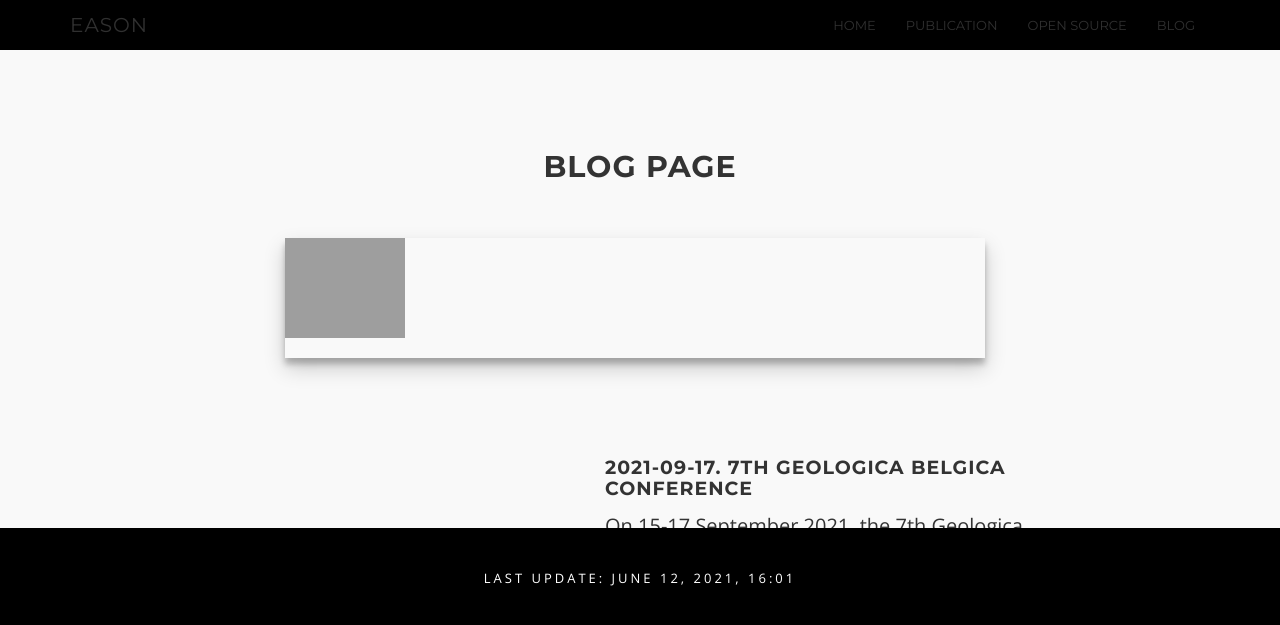
Repository: eazzzon/eazzzon.github.io
Page: blog.html
These files come from the project's save history. The page is drawn as it stood at one moment and after a run of saves; the edit follows.
The browser window is 1280 px wide. The pictures show the whole page.
Pictures or frames that could not be fetched are drawn as grey boxes.

Above is the page before, as saved 2021-09-18 13:17:02.

### blog.html
<!DOCTYPE html>
<html lang="en">
<head>
<meta charset="utf-8">
<meta http-equiv="X-UA-Compatible" content="IE=edge">
<meta name="viewport" content="width=device-width, initial-scale=1">
<meta name="description" content="">
<meta name="author" content="">
<title>yishen.zhang</title>
<!-- Bootstrap Core CSS -->
<link href="css/bootstrap.min.css" rel="stylesheet">
<!-- Custom CSS -->
<link href="css/theme.css" rel="stylesheet">
<!-- Custom Fonts -->
<link href="font-awesome/css/font-awesome.min.css" rel="stylesheet" type="text/css">
<link href="http://fonts.googleapis.com/css?family=Open+Sans:300,400,700,400italic,700italic" rel="stylesheet" type="text/css">
<link href="http://fonts.googleapis.com/css?family=Montserrat:400,700" rel="stylesheet" type="text/css">
<!-- HTML5 Shim and Respond.js IE8 support of HTML5 elements and media queries -->
<!-- WARNING: Respond.js doesn't work if you view the page via file:// -->
<!--[if lt IE 9]>
        <script src="https://oss.maxcdn.com/libs/html5shiv/3.7.0/html5shiv.js"></script>
        <script src="https://oss.maxcdn.com/libs/respond.js/1.4.2/respond.min.js"></script>
    <![endif]-->
</head>
<body id="page-top" data-spy="scroll" data-target=".navbar-fixed-top">
<!-- Navigation -->
<nav class="navbar navbar-custom navbar-fixed-top" role="navigation">
<div class="container">
	<div class="navbar-header">
		<button type="button" class="navbar-toggle" data-toggle="collapse" data-target=".navbar-main-collapse">
		<i class="fa fa-bars"></i>
		</button>
		<a class="navbar-brand page-scroll" href="index.html" style="color: #303030;">
		EASON </a>
	</div>
	<!-- Collect the nav links, forms, and other content for toggling -->
	<div class="collapse navbar-collapse navbar-right navbar-main-collapse">
		<ul class="nav navbar-nav" style="color: #303030;">
			<li>
			<a href="index.html">Home</a>
			</li>
			<li>
			<a href="publication.html">publication</a>
			</li>
			<li>
			<a href="opensource.html">open source</a>
			</li>
			<li>
			<a href="blog.html">blog</a>
			</li>
		</ul>
	</div>
	<!-- /.navbar-collapse -->
</div>
<!-- /.container -->
</nav>

<!-- Page Sample Section -->
<section id="page-sample">


<div class="container content-section text-left">
	<div class='container'>
		<div class="row">
			<h2 class="text-center">BLOG PAGE</h2>
			<div class="col-lg-8 col-lg-offset-2">
				<div class="post-box">
					<img class="box-img" src="https://geologicabelgica2021.africamuseum.be/sites/default/files/media/images/Logo%20Geologica%20Belgica.png" alt="lower crust foundering" />
					<div class="box-text">
						<a  href="post20210917.html">
							<h4 class="box-text">2021-09-17. 7th Geologica Belgica Conference </h4>
						</a>
						<p class="p">On 15-17 September 2021, the 7th Geologica Belgica Conference was held in the AfricaMuseum in Tervuren, Belgium... <a href="post20210917.html" style="color:rgb(141, 53, 53);">Read More</a></p>
					</div>
				</div>
				</div>

			</div>
		</div>
	</div>
</div>
</section>




<!-- Footer -->
<footer>
<div class="container text-center">
	<p class="credits">
		last update: June 12, 2021, 16:01
	</p>
</div>
</footer>
<!-- jQuery -->
<script src="js/jquery.js"></script>
<!-- Bootstrap Core JavaScript -->
<script src="js/bootstrap.min.js"></script>
<!-- Plugin JavaScript -->
<script src="js/jquery.easing.min.js"></script>
<!-- Custom Theme JavaScript -->
<script src="js/theme.js"></script>
</body>
</html>

### css/theme.css
/* Aries v1.0 - by WowThemes.net */
body {
	width:100%;
	height:100%;
	font-family:Open Sans,"Helvetica Neue",Helvetica,Arial,sans-serif;
	color:#fff;
	background-color:#000;
	 font-weight:300;
}
html {
	width:100%;
	height:100%;
}
h1,h2,h3,h4,h5,h6 {
	margin:0 0 35px;
	text-transform:uppercase;
	font-family:Montserrat,"Helvetica Neue",Helvetica,Arial,sans-serif;
	font-weight:700;
	letter-spacing:1px;
}
p {
	margin:0 0 25px;
	font-size:18px;
	line-height:1.5;
}
@media(min-width:768px) {
	p {
		margin:0 0 35px;
		font-size:20px;
		line-height:1.6;
	}
}
a {
	color:inherit;
	-webkit-transition:all .2s ease-in-out;
	-moz-transition:all .2s ease-in-out;
	transition:all .2s ease-in-out;
}
a:hover,a:focus {
	text-decoration:none;
	color:inherit;
}
.light {
	font-weight:400;
}
.navbar-custom {
	margin-bottom:0;
	border-bottom:1px solid rgba(255,255,255,.3);
	text-transform:uppercase;
	font-family:Montserrat,"Helvetica Neue",Helvetica,Arial,sans-serif;
	background-color:#000;
}
.navbar-custom .navbar-brand {
	font-size:20px;
	text-transform:none;
	letter-spacing:1px;
}
.navbar-custom .navbar-brand:focus {
	outline:0;
}
.navbar-custom .navbar-brand .navbar-toggle {
	padding:4px 6px;
	font-size:16px;
	color:#fff;
}
.navbar-custom .navbar-brand .navbar-toggle:focus,.navbar-custom .navbar-brand .navbar-toggle:active {
	outline:0;
}
.navbar-custom a {
}
.navbar-custom .nav li a {
	-webkit-transition:background .3s ease-in-out;
	-moz-transition:background .3s ease-in-out;
	transition:background .3s ease-in-out;
}
.navbar-custom .nav li a:hover {
	outline:0;
	color:#1ba39c;
	background-color:transparent;
}
.navbar-custom .nav li a:focus,.navbar-custom .nav li a:active {
	outline:0;
	background-color:transparent;
}
.navbar-custom .nav li.active {
	outline:0;
}
.navbar-custom .nav li.active a {
	color:#1ba39c;
}
.navbar-custom .nav li.active a:hover {
	color:#1ba39c;
}
@media(min-width:768px) {
	.navbar-custom {
		padding:20px 0;
		border-bottom:0;
		font-size:13px;
		background:0 0;
		-webkit-transition:background .5s ease-in-out,padding .5s ease-in-out;
		-moz-transition:background .5s ease-in-out,padding .5s ease-in-out;
		transition:background .5s ease-in-out,padding .5s ease-in-out;
	}
		 .navbar-custom.top-nav-collapse {
		 padding:0;
		border-bottom:1px solid rgba(255,255,255,.3);
		color:#333;
			background:#fff;
	}
	.navbar-custom.top-nav-collapse a {
		color:#333;
		display:inline-block;
	}
}
.intro {
	display:table;
	width:100%;
	height:auto;
	padding:100px 0 100px 0;
	text-align:center;
	color:#fff;
	background-image:radial-gradient(circle at 50% 50%,rgba(95, 94, 94, 0.46),rgba(56, 56, 56, 0.88)), url('labelled.png');
	-webkit-background-size:cover;
	-moz-background-size:cover;
	background-size:cover;
	-o-background-size:cover;
}
.intro .intro-body {
	display:table-cell;
	vertical-align:middle;
}
.intro .intro-body .brand-heading {
	font-size:40px;
}
.intro .intro-body .intro-text {
	font-size:18px;
}
@media(min-width:768px) {
	.intro {
		height:100%;
		padding:0;
	}
	.intro .intro-body .brand-heading {
		font-size:60px;
		margin-top:90px;
		margin-bottom:20px;
		border-top:2px solid #fff;
		border-bottom:2px solid #fff;
		display:inline-block;
		padding:10px 0;
	}
	.intro .intro-body .intro-text {
		font-size:20px;
			font-weight:300;
			letter-spacing:3px;
	}
}
.btn-circle {
	width:50px;
	height:50px;
	margin-top:15px;
	line-height:40px;
	text-align:center;
	border:2px solid #fff;
	border-radius:100%!important;
	font-size:20px;
	color:#fff;
	background:0 0;
	-webkit-transition:background .3s ease-in-out;
	-moz-transition:background .3s ease-in-out;
	transition:background .3s ease-in-out;
}
.btn-circle:hover,.btn-circle:focus {
	outline:0;
	color:#fff;
	background:rgba(255,255,255,.1);
}
.btn-circle i.animated {
	-webkit-transition-property:-webkit-transform;
	-webkit-transition-duration:1s;
	-moz-transition-property:-moz-transform;
	-moz-transition-duration:1s;
}
.btn-circle:hover i.animated {
	-webkit-animation-name:pulse;
	-moz-animation-name:pulse;
	-webkit-animation-duration:1.5s;
	-moz-animation-duration:1.5s;
	-webkit-animation-iteration-count:infinite;
	-moz-animation-iteration-count:infinite;
	-webkit-animation-timing-function:linear;
	-moz-animation-timing-function:linear;
}
@-webkit-keyframes pulse {
	0% {
		-webkit-transform:scale(1);
		transform:scale(1);
	}
	50% {
		-webkit-transform:scale(1.2);
		transform:scale(1.2);
	}
	100% {
		-webkit-transform:scale(1);
		transform:scale(1);
	}
}
@-moz-keyframes pulse {
	0% {
		-moz-transform:scale(1);
		transform:scale(1);
	}
	50% {
		-moz-transform:scale(1.2);
		transform:scale(1.2);
	}
	100% {
		-moz-transform:scale(1);
		transform:scale(1);
	}
}
.content-section {
	padding:40px 0;
	clear:both;
}
@media(min-width:767px) {
	.content-section {
		padding:150px 0;
			 clear:both;
	}
}
.btn {
	border-radius:0;
	text-transform:uppercase;
	font-family:Montserrat,"Helvetica Neue",Helvetica,Arial,sans-serif;
	font-weight:400;
	-webkit-transition:all .3s ease-in-out;
	-moz-transition:all .3s ease-in-out;
	transition:all .3s ease-in-out;
}
.btn-default {
	border:1px solid #42dca3;
	color:#42dca3;
	background-color:transparent;
}
.btn-default:hover,.btn-default:focus {
	border:1px solid #42dca3;
	outline:0;
	color:#000;
	background-color:#42dca3;
}
ul.banner-social-buttons {
	margin-top:0;
}
@media(max-width:1199px) {
	ul.banner-social-buttons {
		margin-top:15px;
	}
}
@media(max-width:767px) {
	ul.banner-social-buttons li {
		display:block;
		margin-bottom:20px;
		padding:0;
	}
	ul.banner-social-buttons li:last-child {
		margin-bottom:0;
	}
}
footer {
	padding:40px 0;
	z-index:1;
	position:relative;
	clear:both;
}
footer p {
	margin:0;
	font-size:15px;
}
footer p.credits {
	text-transform:uppercase;
	font-size:13px;
	letter-spacing:3px;
}
::-moz-selection {
	text-shadow:none;
	background:#fcfcfc;
	background:rgba(255,255,255,.2);
}
::selection {
	text-shadow:none;
	background:#fcfcfc;
	background:rgba(255,255,255,.2);
}
img::selection {
	background:0 0;
}
img::-moz-selection {
	background:0 0;
}
body {
	webkit-tap-highlight-color:rgba(255,255,255,.2);
}
.bgblue {
	background:#22292c;
}
.inlineblock {
	display:inline-block;
}
p:last-child {
	margin-bottom:0;
}
p.lead {
	line-height:1.9;
}
.btnghost {
	border:2px solid #333;
	background-color:transparent;
	padding:15px 20px;
	letter-spacing:3px;
	font-size:12px;
	text-transform:uppercase;
	font-weight:400;
	color:#333;
	margin-top:20px;
	display:inline-block;
}
.btnghost:hover {
	background-color:#333;
	color:#fff;
	border:2px solid #333;
}
.bgcover {
	background-size:cover;
	background-repeat:no-repeat;
	position:relative;
}
img {
	max-width:100%;
}
.gallery ul {
	padding:0;
	margin:0;
}
.gallery img {
	max-width:100%;
	height:auto;
	padding:0;
	margin:0;
}
.gallery ul li {
	margin:0;
	position:relative;
	list-style:none;
	float:left;
	padding:0;
}
.gallery ul li a {
	display:block;
	position:relative;
	width:100%;
	height:100%;
	margin:0;
	padding:0;
	line-height:0;
}
.gallery ul li a:before {
	position:absolute;
	width:32px;
	height:32px;
	top:40%;
	left:50%;
	margin:-14px 0 0 -16px;
	/* background: url(data:[embedded picture, 2228 characters]) no-repeat; */
	content:"";
	opacity:0;
	z-index:1;
	-webkit-transition:all 0.3s linear;
	-moz-transition:all 0.3s linear;
	transition:all 0.3s linear;
}
.gallery ul li a:hover:before {
	top:50%;
	opacity:1;
}
.gallery ul li a:after {
	position:absolute;
	width:100%;
	top:0;
	bottom:0;
	background:rgba(0,0,0,0.3);
	content:"";
	opacity:0;
	-webkit-transition:all 0.3s linear;
	-moz-transition:all 0.3s linear;
	transition:all 0.3s linear;
}
.gallery ul li a:hover:after {
	opacity:1;
}
section:after {
	float:none;
	clear:both;
}
section {
	background-color:#f9f9f9;
	color:#333;
	overflow:hidden;
}
.done {
	display:none;
}
.error input,input.error,.error textarea,textarea.error {
	background-color:#ffffff;
	border-bottom:2px solid orangered !Important;
	-webkit-transition:border linear 0.2s,box-shadow linear 0.2s;
	-moz-transition:border linear 0.2s,box-shadow linear 0.2s;
	-o-transition:border linear 0.2s,box-shadow linear 0.2s;
	transition:border linear 0.2s,box-shadow linear 0.2s;
}

/* post-box style */
.post-box {
	width: 700px;
	height: 120px;
	margin: 20px;
	box-shadow: 0 10px 20px rgba(0, 0, 0, 0.19), 0 6px 6px rgba(0, 0, 0, 0.23);
  }

  .box-img {
	width: 120px;
	height: 100px;
	padding: 0px;
	margin: 0px;
  }

  .box-text {
	margin: 10px;
	position: relative;
	font-size: 19px;
	padding: 50px;
	left: 100px;
  }

  .p {
	padding: 50px;
	margin: 10px;
	position: relative;
	bottom: 100px;
	left: 100px;
  }

  .p2 {
	padding: 0px;
	margin: 0px;
	font-size: 15px;
	position: relative;
	left: 25px;
  }

### js/theme.js
// jQuery to collapse the navbar on scroll
$(window).scroll(function() {
    if ($(".navbar").offset().top > 50) {
        $(".navbar-fixed-top").addClass("top-nav-collapse");
    } else {
        $(".navbar-fixed-top").removeClass("top-nav-collapse");
    }
});

// jQuery for page scrolling feature - requires jQuery Easing plugin
$(function() {
    $('a.page-scroll').bind('click', function(event) {
        var $anchor = $(this);
        $('html, body').stop().animate({
            scrollTop: $($anchor.attr('href')).offset().top
        }, 1500, 'easeInOutExpo');
        event.preventDefault();
    });
});

// Closes the Responsive Menu on Menu Item Click
$('.navbar-collapse ul li a').click(function() {
    $('.navbar-toggle:visible').click();
});

Loaded but not shown: css/bootstrap.min.css (library); font-awesome/css/font-awesome.min.css (library); js/jquery.js (library); js/bootstrap.min.js (library); js/jquery.easing.min.js (library)

After the next 2 saves:
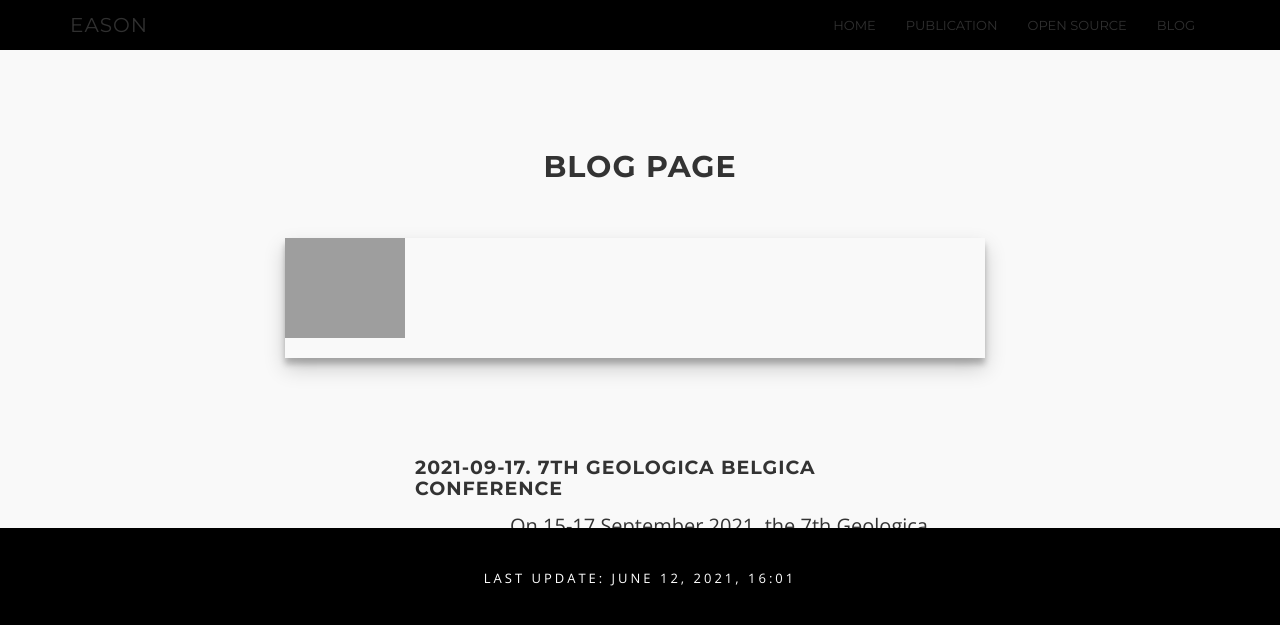
The 2 saves are shown as one change because they came seconds apart.
The last was saved 9 s later.
--- a/css/theme.css
+++ b/css/theme.css
@@ -439,7 +439,7 @@ section {
 	position: relative;
 	font-size: 19px;
 	padding: 50px;
-	left: 100px;
+	left: 5px;
   }
 
   .p {
